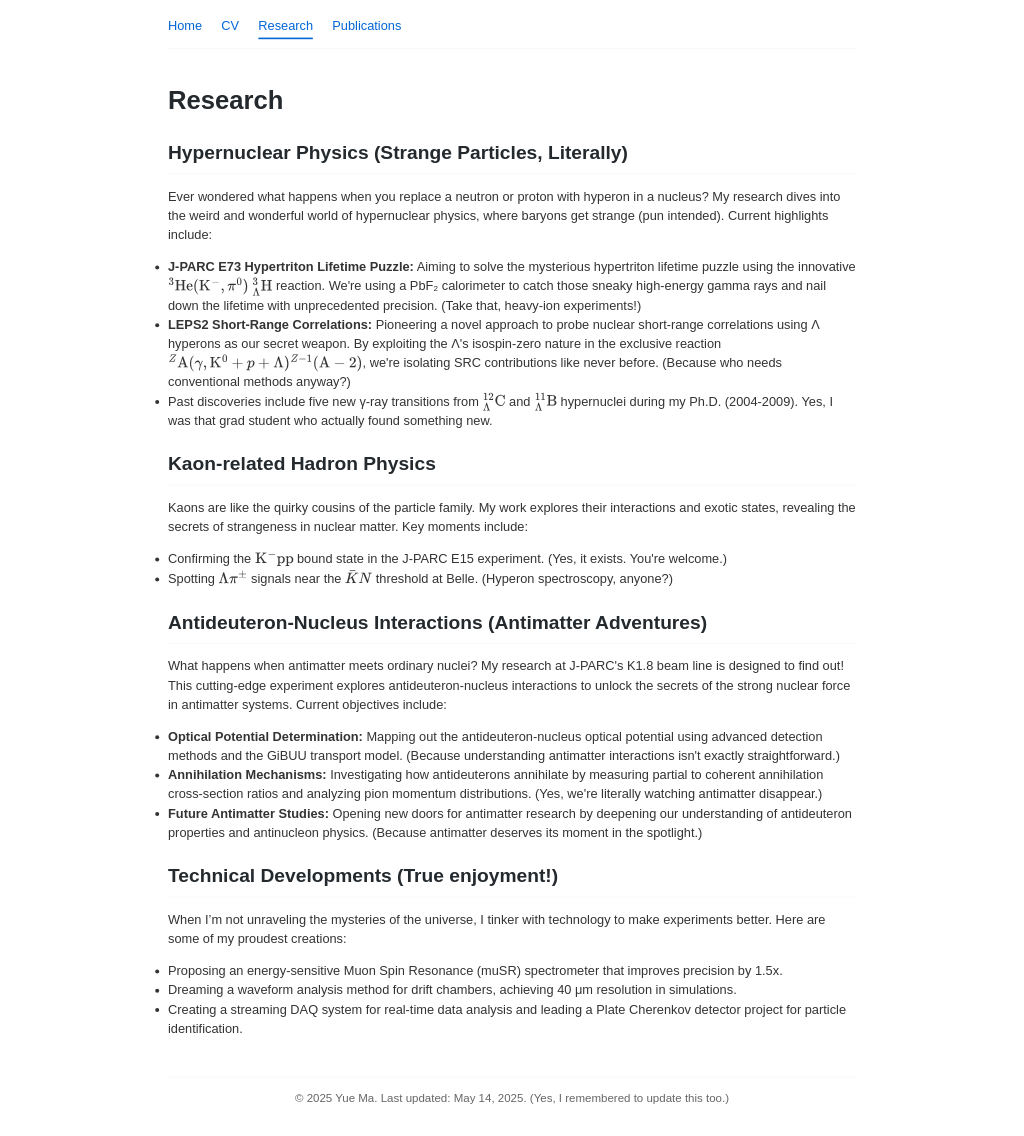
Repository: ymaphys/ymaphys.github.io
Page: research.html
The author's editor kept a copy of each file at every save. The page is drawn from the files as they stood at one save, then again after the next save.
The browser window is 1280 px wide. The pictures show the whole page, at 80% of full size.

Above is the page before, as saved 2025-05-30 07:38:34.
Console error: TypeError: Cannot set properties of null (setting 'textContent')

After the next save:
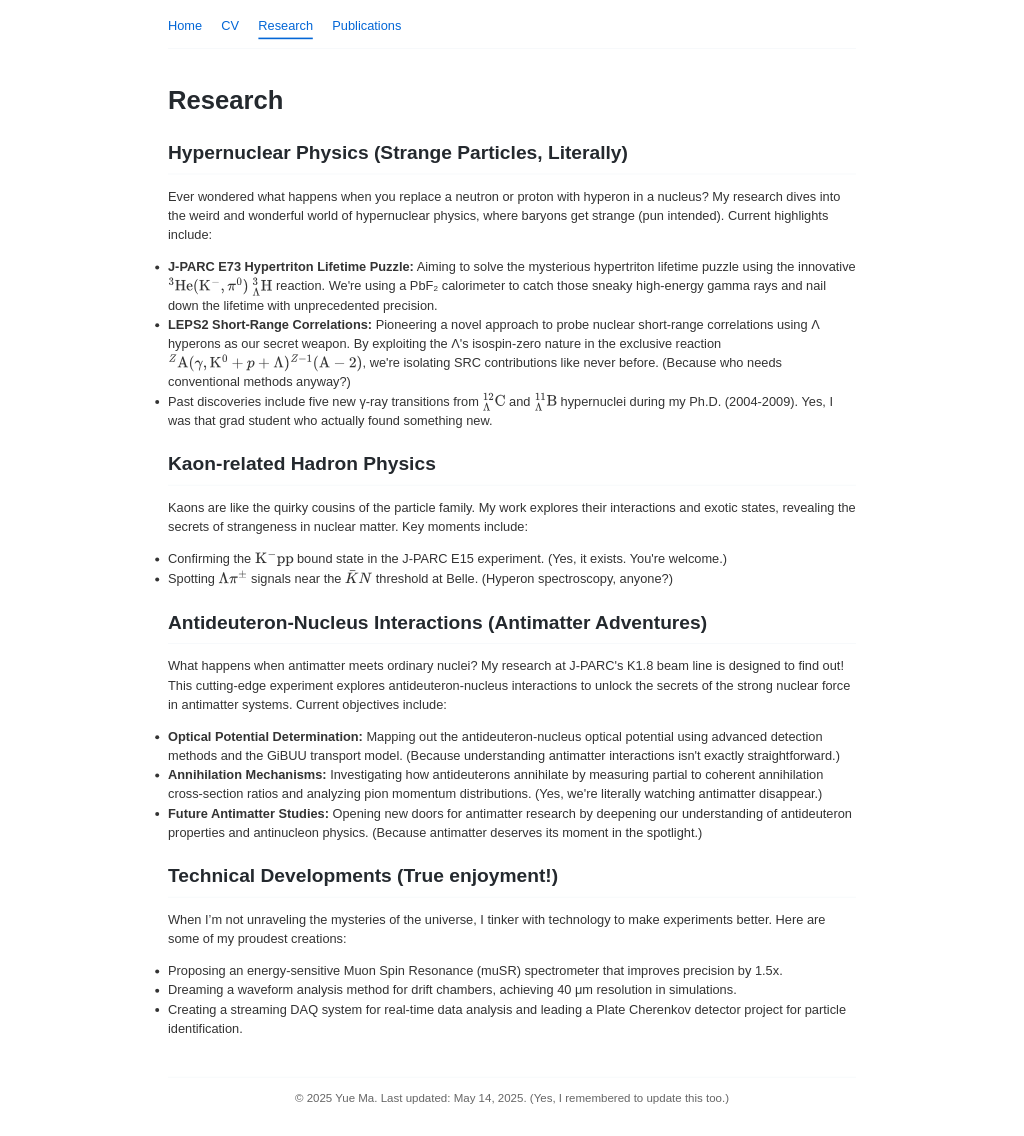
Saved 15 s later.
--- a/research.html
+++ b/research.html
@@ -56,7 +56,7 @@
                     mysterious hypertriton lifetime puzzle using the innovative
                     <span class="math inline">$^3\mathrm{He}(\mathrm{K}^-, \pi^0)$ $_\Lambda^3\mathrm{H}$</span>
                     reaction. We're using a PbF₂ calorimeter to catch those sneaky high-energy gamma rays
-                    and nail down the lifetime with unprecedented precision. (Take that, heavy-ion experiments!)
+                    and nail down the lifetime with unprecedented precision.
                 </li>
                 <li>
                     <strong>LEPS2 Short-Range Correlations:</strong> Pioneering a novel approach to probe
